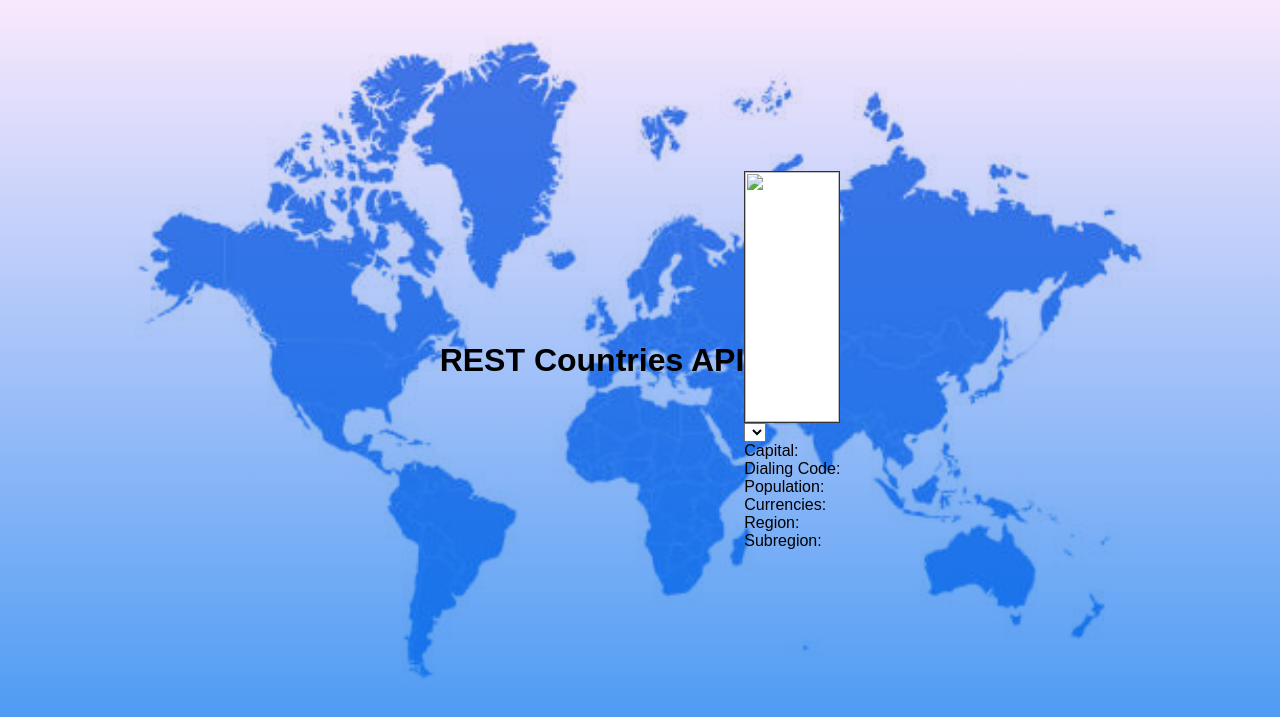
Repository: KhoaTran204/Rest-countries-api-app
Page: index.html
The author's editor kept a copy of each file at every save. The page is drawn from the files as they stood at one save, then again after the next save.
The browser window is 1280 px wide. The pictures show the whole page.
The page's requests for data from a server got no answer.

Above is the page before, as saved 2024-04-14 08:42:38.

After the next save:
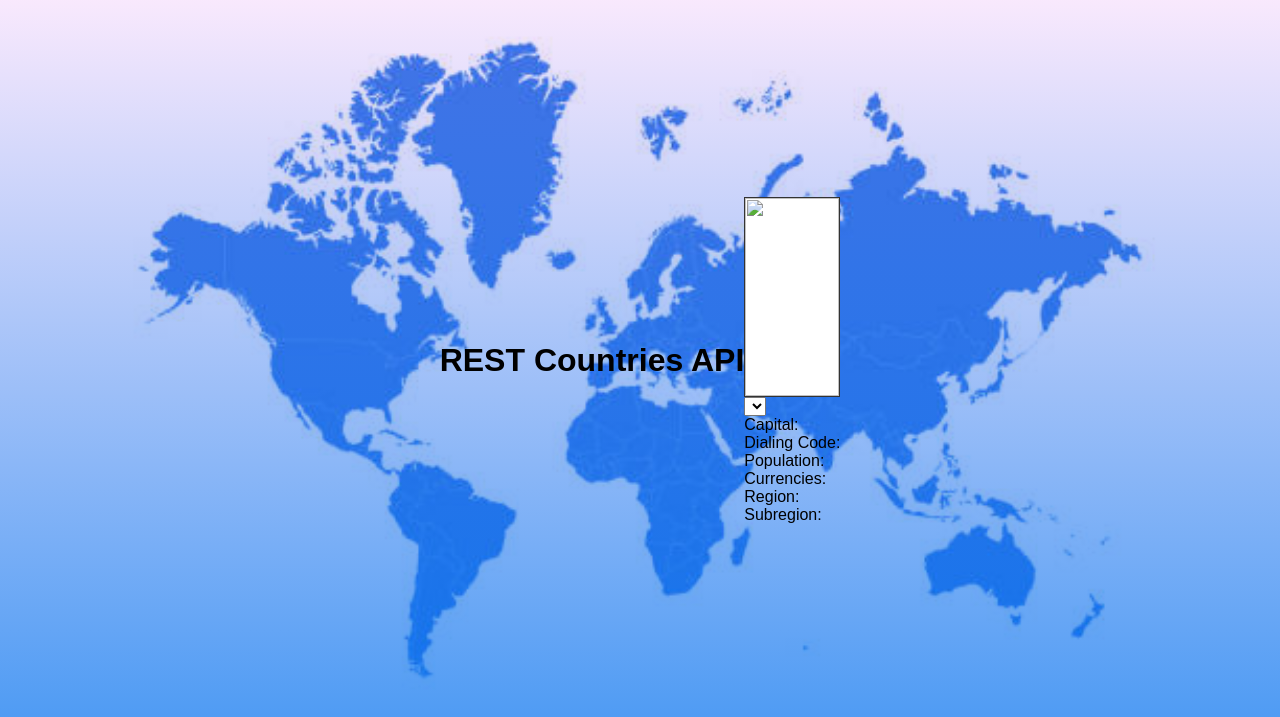
Saved 27 s later.
--- a/style.css
+++ b/style.css
@@ -23,7 +23,7 @@
 }
 
 #flag-container {
-  height: 252px;
+  height: 200px;
   background-color: #fff;
   border: 1px solid #333;
 }

After the save that followed:
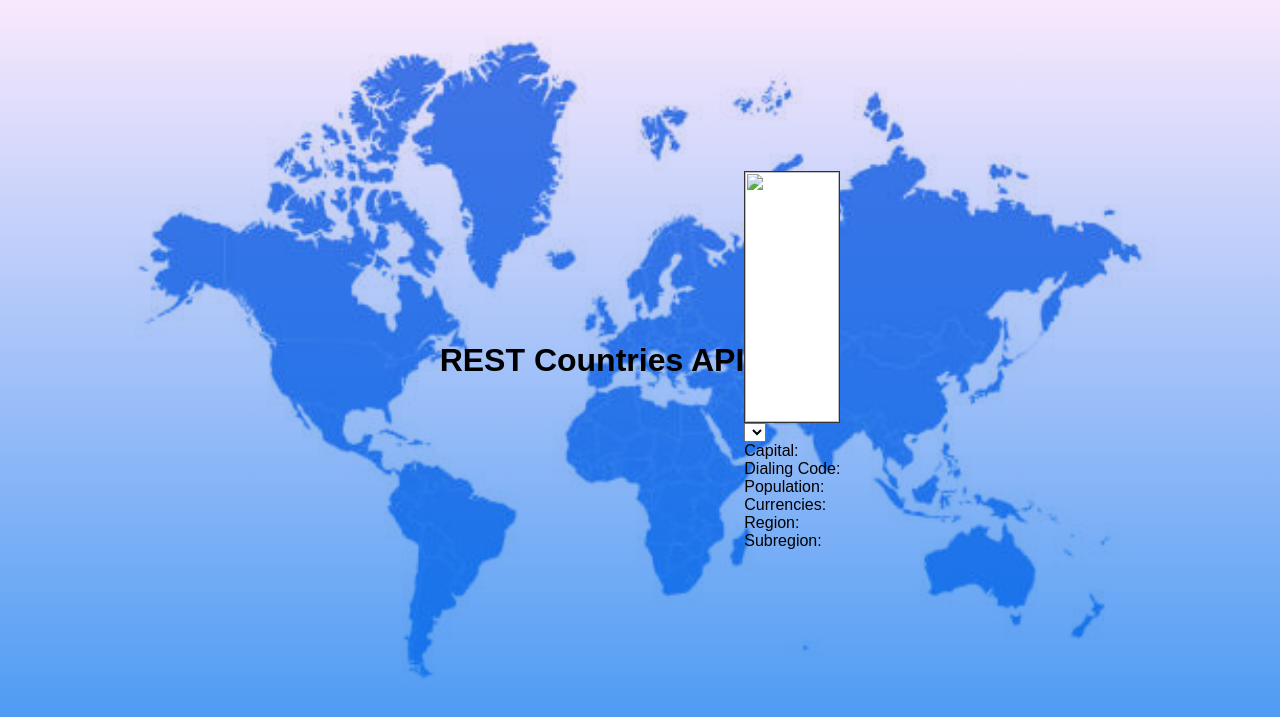
Saved 4 s later.
--- a/style.css
+++ b/style.css
@@ -23,7 +23,7 @@
 }
 
 #flag-container {
-  height: 200px;
+  height: 252px;
   background-color: #fff;
   border: 1px solid #333;
 }
